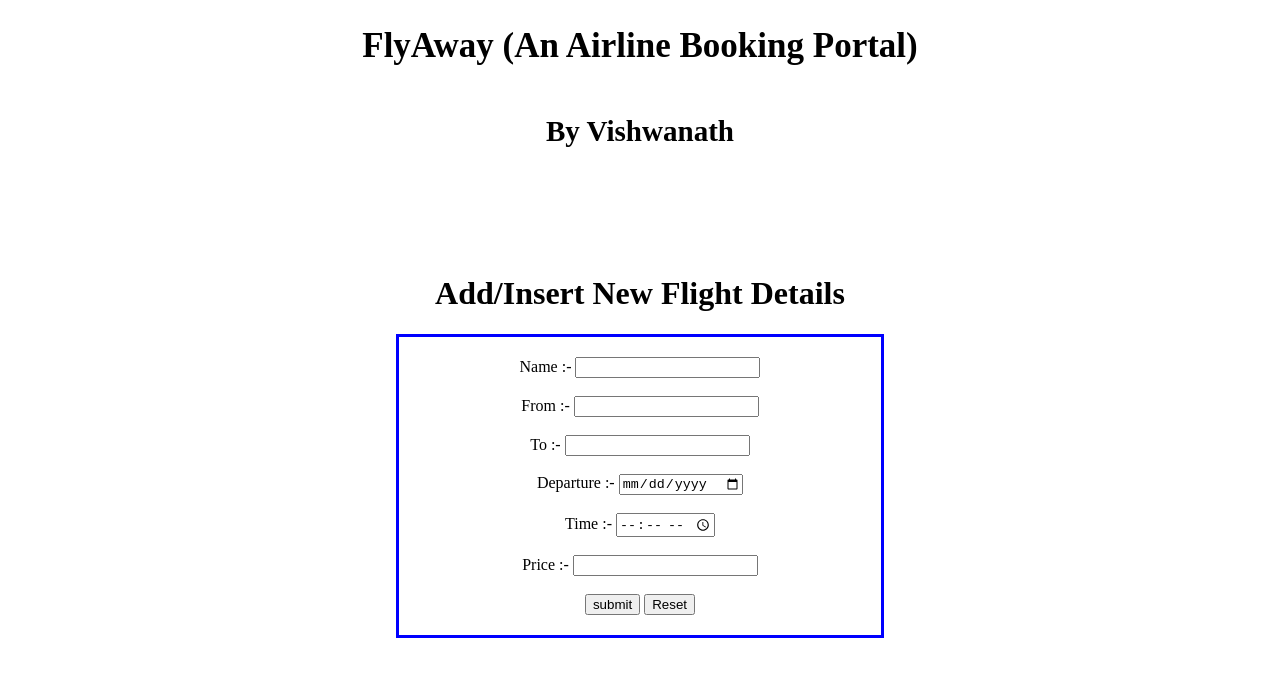
Repository: Vishu4401/FlyAway-An-Airline-Booking-Portal-
Page: http://localhost/FlyAway-An-Airline-Booking-Portal/AdminHome.jsp
The author's editor kept a copy of each file at every save. The page is drawn from the files as they stood at one save, then again after the next save.
The browser window is 1280 px wide. The pictures show the whole page.
The page is served by Tomcat 9.

Above is the page before, as saved 2022-08-24 04:16:54.

After the next save:
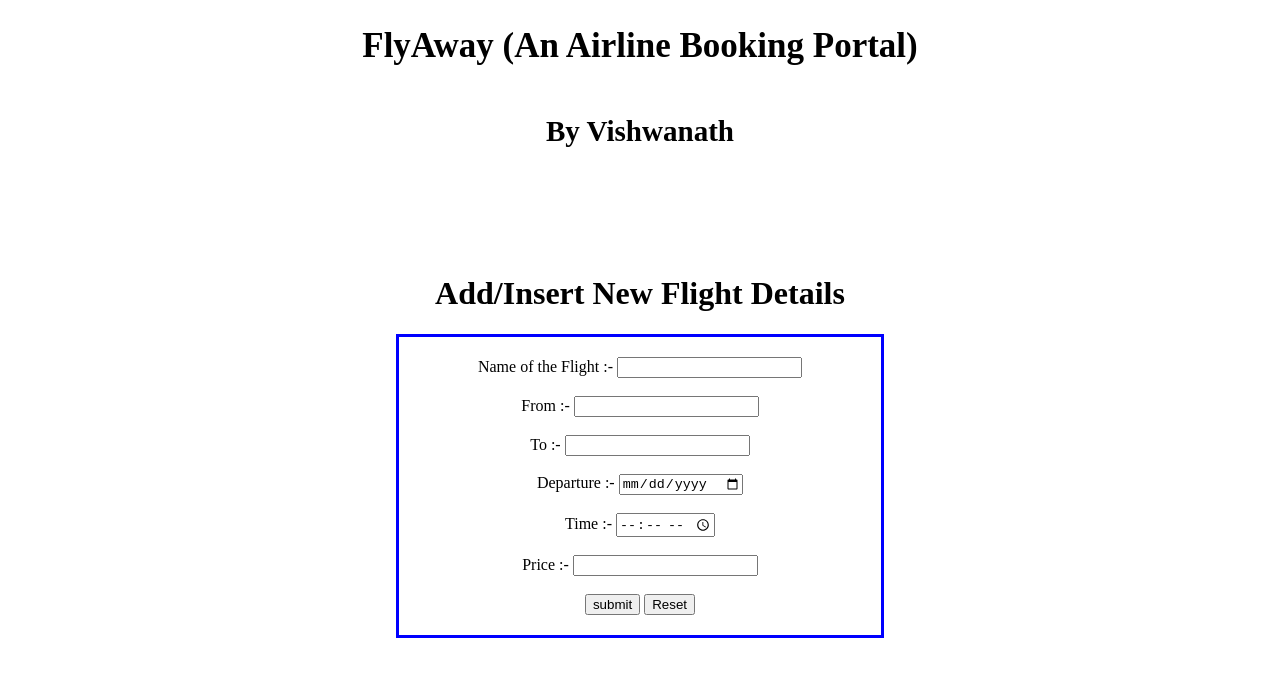
Saved 71 s later.
--- a/FlyAway-An-Airline-Booking-Portal/src/main/webapp/AdminHome.jsp
+++ b/FlyAway-An-Airline-Booking-Portal/src/main/webapp/AdminHome.jsp
@@ -18,7 +18,7 @@
 
 <div style="border:3px solid blue;width:35%;padding:20px" align="center">
 <form action="BookFlight.jsp" method=post>
-	<label for=name>Name :-</label> <input type="text" name=name id=name required /><br><br>
+	<label for=name>Name of the Flight :-</label> <input type="text" name=name id=name required /><br><br>
 	<label for=from>From :-</label> <input type="text" name=from id=from required/><br><br>
 	<label for=to>To :-</label> <input type="text" name=to id=to required /><br><br>
 	<label for=departure>Departure :-</label> <input type="date" name=departure id=departure required/><br><br>
